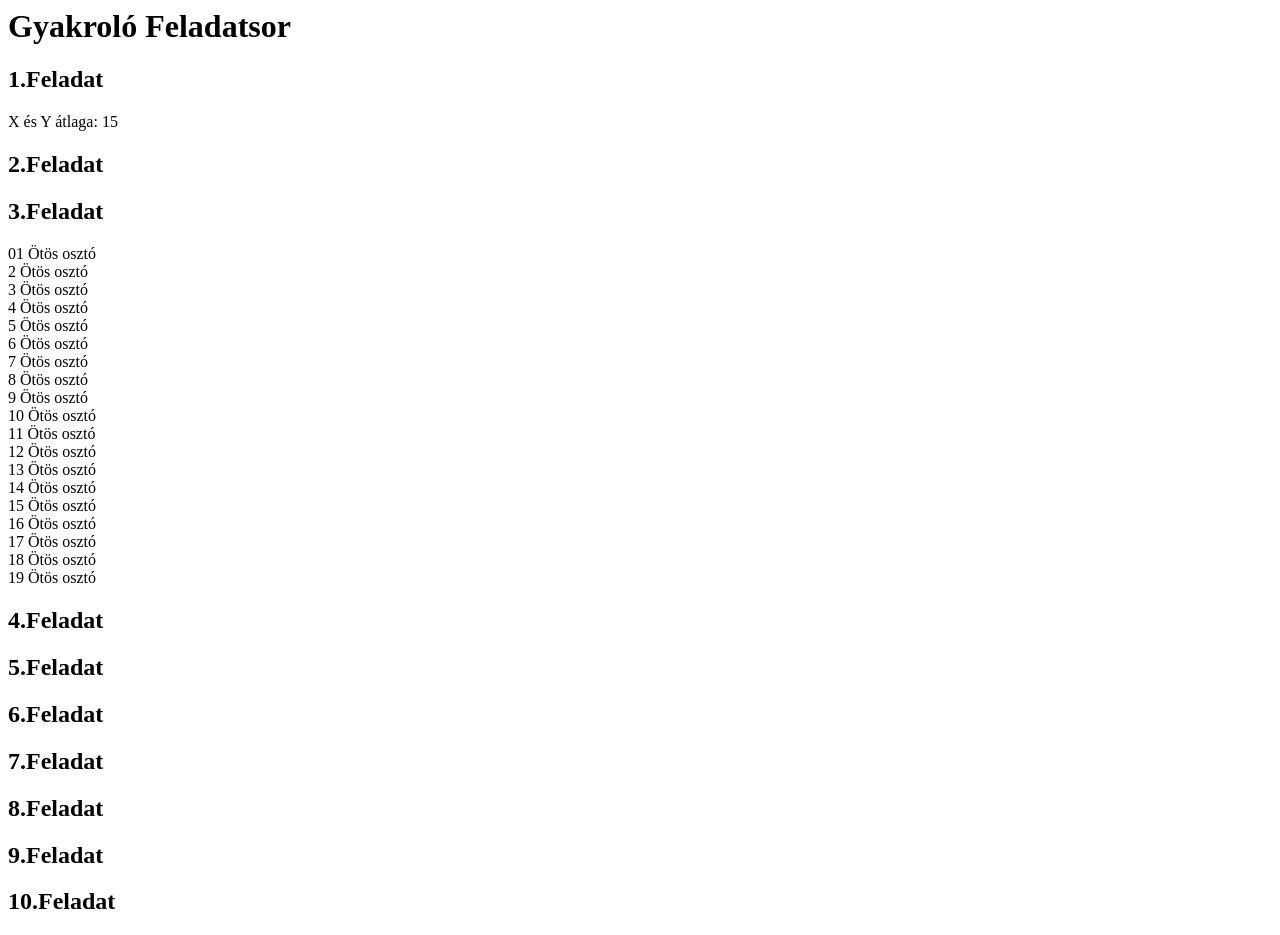
Repository: doomhyena/htdocs
Page: http://localhost/00.Home/02.masodikresz.php
The author's editor kept a copy of each file at every save. The page is drawn from the files as they stood at one save, then again after the next save.
The browser window is 1280 px wide. The pictures show the whole page.
The page is run by PHP 8.4 with error messages shown; the project is at /var/www/html/.

Above is the page before, as saved 2024-09-17 15:01:19.

After the next save:
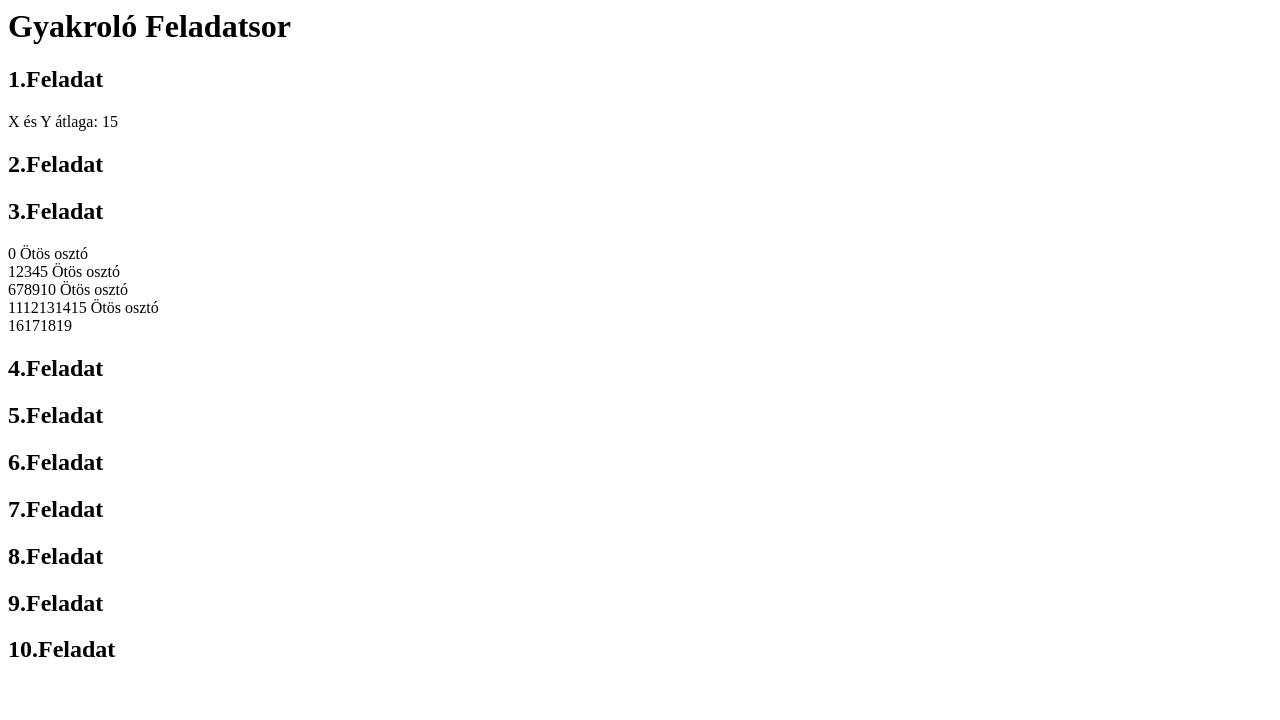
Saved 28 s later.
--- a/00.Home/02.masodikresz.php
+++ b/00.Home/02.masodikresz.php
@@ -46,7 +46,7 @@ echo "<h2> 2.Feladat </h2>";
 echo "<h2> 3.Feladat </h2>";
 
 for ($i = 0; $i < 20; $i++) {
-    if ($i/5) {
+    if ($i%5 === 0) {
         echo "$i Ötös osztó <br>";
     } else {
         echo "$i";
